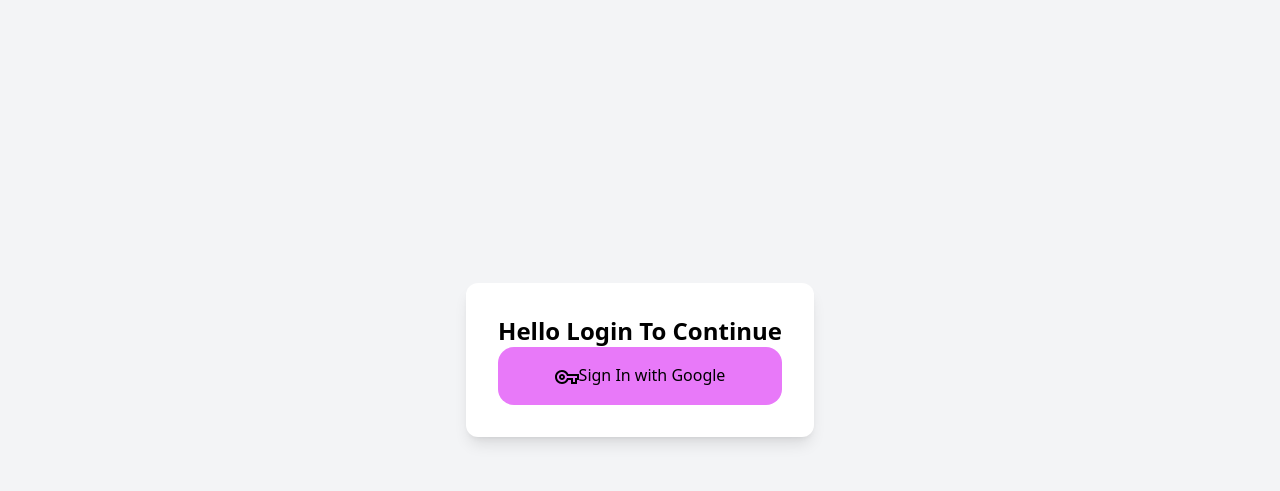
Repository: theanmol-raj/GoogleKeepCloneTutorial
Page: /
The author's editor kept a copy of each file at every save. The page is drawn from the files as they stood at one save, then again after the next save.
The browser window is 1280 px wide. The pictures show the whole page.
The project was rebuilt for these pictures with package versions that can differ from the ones it lists, and the page was loaded fresh each time. Also part of the build but not shown: src/Components/Navbar.jsx, src/Screens/Homescreen.jsx.

Above is the page before, as saved 2022-08-31 15:41:36.

### public/index.html
<!DOCTYPE html>
<html lang="en">
  <head>
    <meta charset="utf-8" />
    <link rel="icon" href="%PUBLIC_URL%/favicon.ico" />
    <meta name="viewport" content="width=device-width, initial-scale=1" />
    <meta name="theme-color" content="#000000" />
    <meta
      name="description"
      content="Web site created using create-react-app"
    />
    <link rel="apple-touch-icon" href="%PUBLIC_URL%/logo192.png" />
    <!--
      manifest.json provides metadata used when your web app is installed on a
      user's mobile device or desktop. See https://developers.google.com/web/fundamentals/web-app-manifest/
    -->

    <!--
      Notice the use of %PUBLIC_URL% in the tags above.
      It will be replaced with the URL of the `public` folder during the build.
      Only files inside the `public` folder can be referenced from the HTML.

      Unlike "/favicon.ico" or "favicon.ico", "%PUBLIC_URL%/favicon.ico" will
      work correctly both with client-side routing and a non-root public URL.
      Learn how to configure a non-root public URL by running `npm run build`.
    -->
    <title>Google Keep Clone</title>
  </head>
  <body>
    <noscript>You need to enable JavaScript to run this app.</noscript>
    <div id="root"></div>
    <!--
      This HTML file is a template.
      If you open it directly in the browser, you will see an empty page.

      You can add webfonts, meta tags, or analytics to this file.
      The build step will place the bundled scripts into the <body> tag.

      To begin the development, run `npm start` or `yarn start`.
      To create a production bundle, use `npm run build` or `yarn build`.
    -->
  </body>
</html>

### src/index.js
import React from 'react';
import ReactDOM from 'react-dom/client';
import './index.css';
import App from './App';
import { BrowserRouter } from "react-router-dom";

const root = ReactDOM.createRoot(document.getElementById('root'));
root.render(
  <React.StrictMode>
    <BrowserRouter>
      <App />
    </BrowserRouter>
  </React.StrictMode>
);

### src/App.js
import Homescreen from "./Screens/Homescreen";
import { Routes, Route, Link } from "react-router-dom";
import { useState } from "react";
import { getAuth, signInWithPopup ,GoogleAuthProvider ,signOut } from "firebase/auth";
import app from './Firebase';
import LoginScreen from "./Screens/LoginScreen";


function App() {
  const auth = getAuth(app);
  const provider = new GoogleAuthProvider();
  const [user , Setuser] = useState(() => auth.currentUser);

  function SignIn(){
    signInWithPopup(auth, provider)
  .then((result) => {
    const u = result.user;
    Setuser(u);
  }).catch((error) => {
    console.log("error");
    Setuser(null);
  });
  }


  function SignOut(){
    signOut(auth).then(() => {
      Setuser(null);
    }).catch((error) => {
      // An error happened.
    });
  }

  return (
    <div className="App">
      <Routes>
        <Route path="/" element={user ? <Homescreen SO={SignOut} /> : <LoginScreen />} />
        <Route path="about" element={<h1>Hello About</h1>} />
      </Routes>

    </div>
  );
}

export default App;

### src/Firebase.js
// Import the functions you need from the SDKs you need
import { initializeApp } from "firebase/app";
// TODO: Add SDKs for Firebase products that you want to use
// https://firebase.google.com/docs/web/setup#available-libraries

// Your web app's Firebase configuration
const firebaseConfig = {
  apiKey: "AIzaSyB8YQJpBa67Fj90Uu-OgRLf18L3vLaKO0A",
  authDomain: "gogglekeep-27095.firebaseapp.com",
  projectId: "gogglekeep-27095",
  storageBucket: "gogglekeep-27095.appspot.com",
  messagingSenderId: "943781726856",
  appId: "1:943781726856:web:64849a8acbc84ad18bed3d"
};

// Initialize Firebase
const app = initializeApp(firebaseConfig);
export default app;

### src/Screens/LoginScreen.jsx
import React from 'react'
import VpnKeyOutlinedIcon from '@mui/icons-material/VpnKeyOutlined';

function LoginScreen() {
  return (
    <div className=' h-screen  w-screen flex justify-center items-center bg-gray-100'>
        <div className=' bg-white p-8 border- rounded-xl shadow-lg'>
            <h1 className=' text-2xl font-bold text-center'>Hello Login To Continue</h1>
            <button className=' w-full bg-fuchsia-400 rounded-2xl hover:bg-fuchsia-200 p-4 '> <VpnKeyOutlinedIcon />Sign In with Google</button>
        </div>

    </div>
  )
}

export default LoginScreen

### src/Components/Sidebar.jsx
import React from 'react'
import LightbulbOutlinedIcon from '@mui/icons-material/LightbulbOutlined';
import NotificationsActiveOutlinedIcon from '@mui/icons-material/NotificationsActiveOutlined';
import BookmarkBorderOutlinedIcon from '@mui/icons-material/BookmarkBorderOutlined';
import CreateOutlinedIcon from '@mui/icons-material/CreateOutlined';
import SaveAltOutlinedIcon from '@mui/icons-material/SaveAltOutlined';
import DeleteOutlineOutlinedIcon from '@mui/icons-material/DeleteOutlineOutlined';

const array = [{text: "Notes" , icon : <LightbulbOutlinedIcon />},
{text: "Remainder" , icon : <NotificationsActiveOutlinedIcon />},{text: "ddgd" , icon : <BookmarkBorderOutlinedIcon />},{text: "Edit Label" , icon : <CreateOutlinedIcon />},{text: "Archive" , icon : <SaveAltOutlinedIcon />},{text: "Bin" , icon : <DeleteOutlineOutlinedIcon />}]




function Sidebar(props) {
  return (
    <div className={` ${props.sidebar? ' md:w-72' : ' w-0'} pt-20 flex shadow-2xl flex-col items-start  h-full transform transition-width duration-500 ease-out  font-semibold `}>
        {array.map((item ,index) => <div  className=' hover:bg-yellow-200 w-full rounded-3xl'><button className='py-4 px-5 hover:bg-yellow-200 rounded-full'>{item.icon} {props.sidebar && item.text }</button></div>)}

    </div>
  )
}

export default Sidebar

Loaded but not shown: src/index.css (common file); tailwind.config.js (common file)

After the next save:
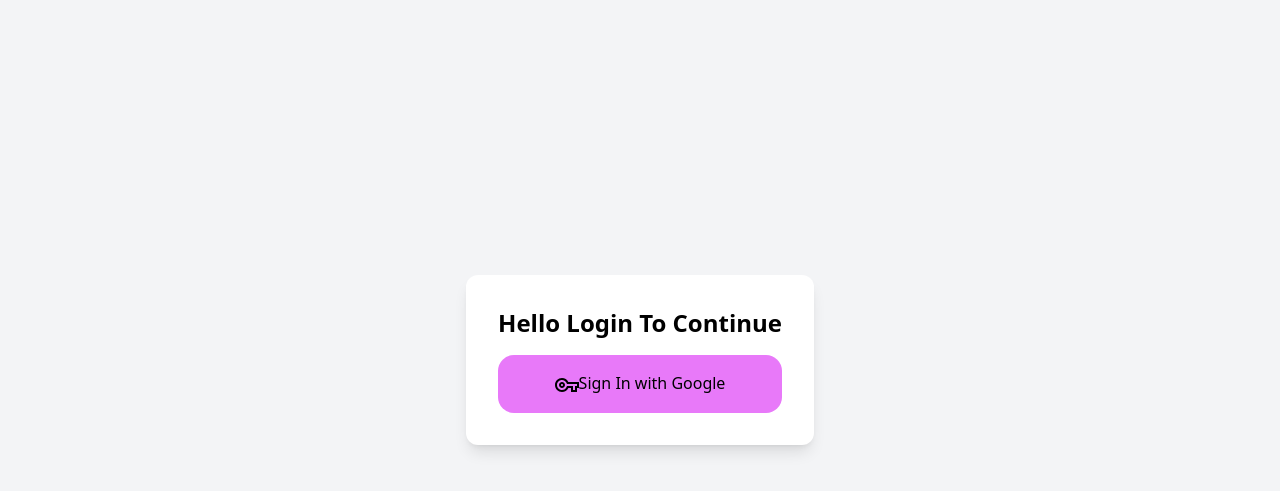
Saved 6 s later.
--- a/src/Screens/LoginScreen.jsx
+++ b/src/Screens/LoginScreen.jsx
@@ -6,7 +6,7 @@
     <div className=' h-screen  w-screen flex justify-center items-center bg-gray-100'>
         <div className=' bg-white p-8 border- rounded-xl shadow-lg'>
             <h1 className=' text-2xl font-bold text-center'>Hello Login To Continue</h1>
-            <button className=' w-full bg-fuchsia-400 rounded-2xl hover:bg-fuchsia-200 p-4 '> <VpnKeyOutlinedIcon />Sign In with Google</button>
+            <button className=' w-full bg-fuchsia-400 mt-4 rounded-2xl hover:bg-fuchsia-200 p-4 '> <VpnKeyOutlinedIcon />Sign In with Google</button>
         </div>
 
     </div>
